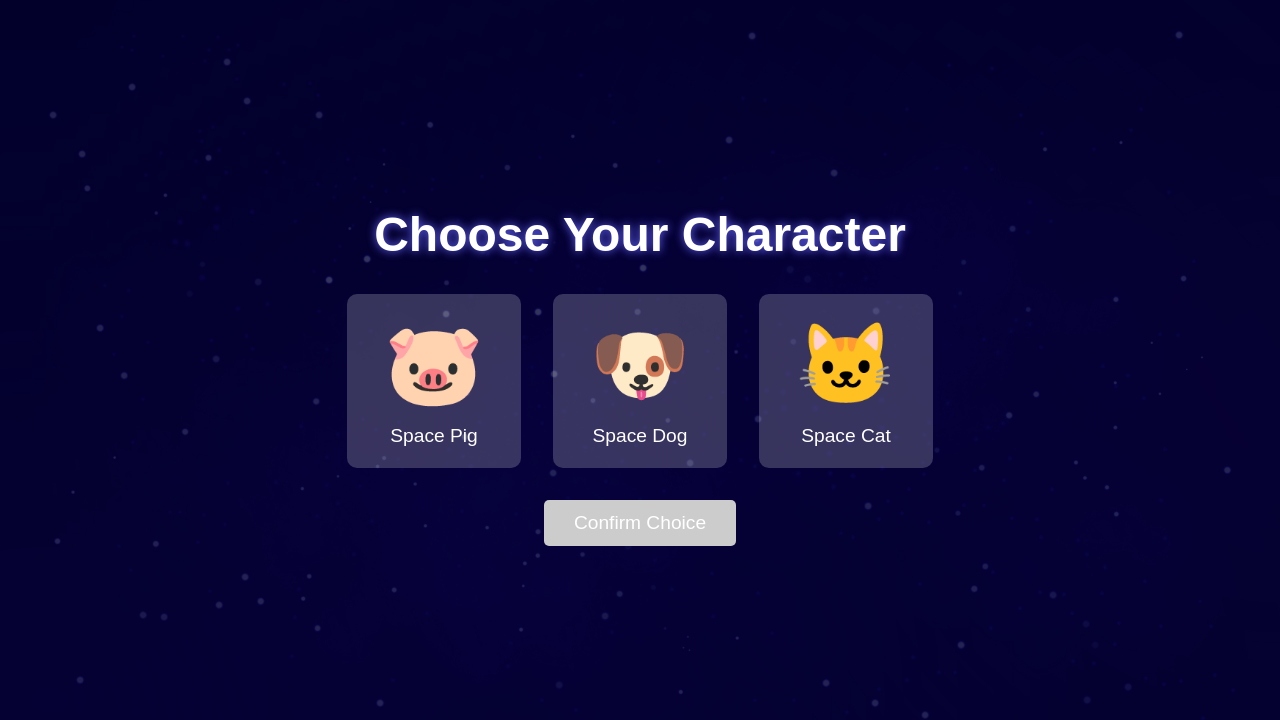
Repository: brunaguarizo/SpaceFarm
Page: index.html
These files come from the project's save history. The page is drawn as it stood at one moment and after the next save; the edit follows.
The browser window is 1280 px wide. The pictures show the whole page.
Some web fonts or font styles are not loaded; a fallback is used.

Above is the page before, as saved 2025-04-24 11:13:53.

### index.html
<!DOCTYPE html>
<html lang="en">
    <head>
        <meta charset="UTF-8" />
        <meta
            name="viewport"
            content="width=device-width, initial-scale=1.0" />
        <title>Space Animals Game</title>
        <link
            rel="stylesheet"
            href="styles.css" />

        <link
            rel="preconnect"
            href="https://fonts.googleapis.com" />
        <link
            rel="preconnect"
            href="https://fonts.gstatic.com"
            crossorigin />
        <link
            href="https://fonts.googleapis.com/css2?family=Ranchers&display=swap"
            rel="stylesheet" />
    </head>
    <body>
        <div id="game-container">
            <!-- Character Selection Screen -->
            <div id="character-select">
                <h1>Choose Your Character</h1>
                <div class="character-options">
                    <div
                        class="character-option"
                        data-character="pig">
                        <div class="character-icon">🐷</div>
                        <div class="character-label">Space Pig</div>
                    </div>
                    <div
                        class="character-option"
                        data-character="dog">
                        <div class="character-icon">🐶</div>
                        <div class="character-label">Space Dog</div>
                    </div>
                    <div
                        class="character-option"
                        data-character="cat">
                        <div class="character-icon">🐱</div>
                        <div class="character-label">Space Cat</div>
                    </div>
                </div>
                <button
                    id="confirm-btn"
                    disabled>
                    Confirm Choice
                </button>
            </div>

            <!-- Game Screen -->
            <div id="game-screen">
                <div id="player"></div>
                <div id="score-container">
                    <div id="score">Score: 0</div>
                    <button id="pause-btn">Pause</button>
                </div>
            </div>

            <!-- Pause Screen -->
            <div id="pause-screen">
                <h2>Game Paused</h2>
                <button id="resume-btn">Resume</button>
            </div>

            <!-- Game Over Screen -->
            <div id="game-over">
                <h2>Game Over</h2>
                <div id="final-score">Score: 0</div>
                <button id="restart-btn">Play Again</button>
            </div>
        </div>

        <script src="script.js"></script>
    </body>
</html>

### styles.css
body {
    margin: 0;
    padding: 0;
    overflow: hidden;
    font-family: var(--font-family);
    background-color: var(--mid-green);
}

#game-container {
    position: relative;
    width: 100vw;
    height: 100vh;
    background-image: url("img/space-bg.jpg");
    background-size: cover;
    overflow: hidden;
}

/* Character Selection Screen */
#character-select {
    position: absolute;
    width: 100%;
    height: 100%;
    display: flex;
    flex-direction: column;
    justify-content: center;
    align-items: center;
    z-index: 10;
    background-color: rgba(0, 0, 51, 0.8);
}

#character-select h1 {
    color: white;
    font-size: 3rem;
    margin-bottom: 2rem;
    text-shadow: 0 0 10px #6666ff;
}

.character-options {
    display: flex;
    gap: 2rem;
    margin-bottom: 2rem;
}

.character-option {
    width: 150px;
    height: 150px;
    background-color: rgba(255, 255, 255, 0.2);
    border-radius: 10px;
    display: flex;
    flex-direction: column;
    align-items: center;
    justify-content: center;
    cursor: pointer;
    transition: transform 0.3s, box-shadow 0.3s;
    padding: 10px;
    border: 2px solid transparent;
}

.character-option:hover {
    transform: scale(1.05);
    box-shadow: 0 0 15px rgba(255, 255, 255, 0.5);
}

.character-option.selected {
    border-color: #ff9900;
    box-shadow: 0 0 20px #ff9900;
}

.character-icon {
    width: 100px;
    height: 100px;
    font-size: 80px;
    display: flex;
    justify-content: center;
    align-items: center;
}

.character-label {
    color: white;
    font-size: 1.2rem;
    margin-top: 10px;
}

#confirm-btn {
    padding: 12px 30px;
    background-color: #4caf50;
    color: white;
    border: none;
    border-radius: 5px;
    font-size: 1.2rem;
    cursor: pointer;
    transition: background-color 0.3s;
}

#confirm-btn:hover {
    background-color: #45a049;
}

#confirm-btn:disabled {
    background-color: #cccccc;
    cursor: not-allowed;
}

/* Game Screen */
#game-screen {
    display: none;
    position: absolute;
    width: 100%;
    height: 100%;
}

#player {
    position: absolute;
    width: 60px;
    height: 60px;
    left: 100px;
    top: 50%;
    transform: translateY(-50%);
    font-size: 50px;
    line-height: 1;
    z-index: 5;
}

.asteroid {
    position: absolute;
    font-size: 30px;
    color: #aaa;
}

#score-container {
    position: absolute;
    top: 20px;
    right: 20px;
    display: flex;
    align-items: center;
    gap: 20px;
    z-index: 5;
}

#score {
    color: white;
    font-size: 24px;
    font-weight: bold;
    background-color: rgba(0, 0, 0, 0.5);
    padding: 10px 20px;
    border-radius: 10px;
}

#pause-btn {
    background-color: rgba(0, 0, 0, 0.5);
    color: white;
    border: none;
    border-radius: 5px;
    font-size: 18px;
    padding: 10px 15px;
    cursor: pointer;
    transition: background-color 0.3s;
}

#pause-btn:hover {
    background-color: rgba(0, 0, 0, 0.7);
}

/* Game Over Screen */
#game-over {
    display: none;
    position: absolute;
    top: 0;
    left: 0;
    width: 100%;
    height: 100%;
    background-color: rgba(0, 0, 0, 0.8);
    z-index: 15;
    flex-direction: column;
    justify-content: center;
    align-items: center;
}

#game-over h2 {
    color: #ff3333;
    font-size: 3.5rem;
    margin-bottom: 1rem;
    text-shadow: 0 0 10px rgba(255, 0, 0, 0.5);
}

#final-score {
    color: white;
    font-size: 2rem;
    margin-bottom: 2rem;
}

#restart-btn {
    padding: 12px 30px;
    background-color: #3366ff;
    color: white;
    border: none;
    border-radius: 5px;
    font-size: 1.2rem;
    cursor: pointer;
    transition: background-color 0.3s;
}

#restart-btn:hover {
    background-color: #2952cc;
}

/* Utility Classes */
.invisible {
    opacity: 0;
}

/* Pause Screen */
#pause-screen {
    display: none;
    position: absolute;
    top: 0;
    left: 0;
    width: 100%;
    height: 100%;
    background-color: rgba(0, 0, 0, 0.7);
    z-index: 12;
    flex-direction: column;
    justify-content: center;
    align-items: center;
    color: white;
}

#pause-screen h2 {
    font-size: 3rem;
    margin-bottom: 2rem;
}

#resume-btn {
    padding: 12px 30px;
    background-color: #4caf50;
    color: white;
    border: none;
    border-radius: 5px;
    font-size: 1.2rem;
    cursor: pointer;
    transition: background-color 0.3s;
}

#resume-btn:hover {
    background-color: #45a049;
}

/* --------------------------- variables  --------------------------- */
:root {
    --font-family: "Ranchers", sans-serif;
    --header: 100px;

    --light-green: #bfff41;
    --mid-green: #a3de1a;
    --dark-green: #46b800;
    --light-pink: #ffc2ec;
    --mid-pink: #f0429c;
    --dark-pink: #910b64;
    --light-purple: #dcccff;
    --mid-purple: #8655ef;
    --dark-purple: #4913bf;
}

### script.js
// Game variables
let selectedCharacter = "";
let score = 0;
let playerElement;
let gameRunning = false;
let isPaused = false;
let playerY;
let asteroids = [];
let gameLoopInterval;
let asteroidInterval;
let gameHeight;
let gameWidth;

// Character emoji mapping
const characterEmojis = {
    pig: "🐷",
    dog: "🐶",
    cat: "🐱",
};

// Asteroid options
const asteroidOptions = ["🌑", "☄️", "🪨", "💫"];

// DOM elements
const characterOptions = document.querySelectorAll(".character-option");
const confirmBtn = document.getElementById("confirm-btn");
const characterSelectScreen = document.getElementById("character-select");
const gameScreen = document.getElementById("game-screen");
const pauseBtn = document.getElementById("pause-btn");
const pauseScreen = document.getElementById("pause-screen");
const resumeBtn = document.getElementById("resume-btn");
const gameOverScreen = document.getElementById("game-over");
const finalScoreDisplay = document.getElementById("final-score");
const restartBtn = document.getElementById("restart-btn");
const scoreDisplay = document.getElementById("score");

// Initialize the game
function init() {
    // Character selection event listeners
    characterOptions.forEach((option) => {
        option.addEventListener("click", () => {
            // Remove selected class from all options
            characterOptions.forEach((opt) => opt.classList.remove("selected"));
            // Add selected class to clicked option
            option.classList.add("selected");
            // Store selected character
            selectedCharacter = option.dataset.character;
            // Enable confirm button
            confirmBtn.disabled = false;
        });
    });

    // Confirm button event listener
    confirmBtn.addEventListener("click", startGame);

    // Pause button event listener
    pauseBtn.addEventListener("click", togglePause);

    // Resume button event listener
    resumeBtn.addEventListener("click", togglePause);

    // Restart button event listener
    restartBtn.addEventListener("click", restartGame);

    // Keyboard event listeners
    document.addEventListener("keydown", handleKeyPress);
}

// Start the game
function startGame() {
    // Hide character selection screen
    characterSelectScreen.style.display = "none";
    // Show game screen
    gameScreen.style.display = "block";

    // Set up player
    playerElement = document.getElementById("player");
    playerElement.innerHTML = characterEmojis[selectedCharacter];

    // Initialize variables
    gameHeight = window.innerHeight;
    gameWidth = window.innerWidth;
    score = 0;
    updateScore();
    playerY = gameHeight / 2;
    gameRunning = true;
    isPaused = false;
    asteroids = [];

    // Position player
    updatePlayerPosition();

    // Start game loop
    gameLoopInterval = setInterval(gameLoop, 16); // ~60fps

    // Start spawning asteroids
    spawnAsteroid(); // Spawn first asteroid immediately
    asteroidInterval = setInterval(spawnAsteroid, 1500); // Then every 1.5 seconds
}

// Game loop
function gameLoop() {
    if (!gameRunning || isPaused) return;

    // Move asteroids
    moveAsteroids();

    // Check collisions
    checkCollisions();
}

// Handle keyboard input
function handleKeyPress(e) {
    if (!gameRunning || isPaused) return;

    const moveDistance = 20;

    if (e.key === "ArrowUp" || e.key === "w") {
        // Move up
        playerY = Math.max(50, playerY - moveDistance);
        updatePlayerPosition();
    } else if (e.key === "ArrowDown" || e.key === "s") {
        // Move down
        playerY = Math.min(gameHeight - 50, playerY + moveDistance);
        updatePlayerPosition();
    }
}

// Update player position on screen
function updatePlayerPosition() {
    playerElement.style.top = `${playerY}px`;
}

// Spawn a new asteroid
function spawnAsteroid() {
    if (!gameRunning || isPaused) return;

    // Create asteroid element
    const asteroid = document.createElement("div");
    asteroid.classList.add("asteroid");

    // Set random asteroid type
    const asteroidType =
        asteroidOptions[Math.floor(Math.random() * asteroidOptions.length)];
    asteroid.innerHTML = asteroidType;

    // Set random position (y-axis)
    const asteroidY = Math.random() * (gameHeight - 100) + 50;

    // Set asteroid properties
    asteroid.style.left = `${gameWidth}px`;
    asteroid.style.top = `${asteroidY}px`;

    // Add to game screen
    gameScreen.appendChild(asteroid);

    // Add to asteroids array
    asteroids.push({
        element: asteroid,
        x: gameWidth,
        y: asteroidY,
        speed: Math.random() * 3 + 5, // Random speed between 5-8
        passed: false,
    });
}

// Move all asteroids
function moveAsteroids() {
    for (let i = asteroids.length - 1; i >= 0; i--) {
        const asteroid = asteroids[i];

        // Move asteroid
        asteroid.x -= asteroid.speed;
        asteroid.element.style.left = `${asteroid.x}px`;

        // Check if asteroid passed the player
        if (!asteroid.passed && asteroid.x < 100) {
            asteroid.passed = true;
            score += 10;
            updateScore();
        }

        // Remove asteroid if it's off-screen
        if (asteroid.x < -50) {
            gameScreen.removeChild(asteroid.element);
            asteroids.splice(i, 1);
        }
    }
}

// Check for collisions
function checkCollisions() {
    const playerRect = {
        x: 100,
        y: playerY - 30,
        width: 60,
        height: 60,
    };

    for (const asteroid of asteroids) {
        const asteroidRect = {
            x: asteroid.x,
            y: asteroid.y - 15,
            width: 30,
            height: 30,
        };

        // Check if player and asteroid rectangles intersect
        if (
            playerRect.x < asteroidRect.x + asteroidRect.width &&
            playerRect.x + playerRect.width > asteroidRect.x &&
            playerRect.y < asteroidRect.y + asteroidRect.height &&
            playerRect.y + playerRect.height > asteroidRect.y
        ) {
            // Collision detected
            gameOver();
            return;
        }
    }
}

// Update score display
function updateScore() {
    scoreDisplay.textContent = `Score: ${score}`;
}

// Toggle pause state
function togglePause() {
    isPaused = !isPaused;

    if (isPaused) {
        pauseScreen.style.display = "flex";
    } else {
        pauseScreen.style.display = "none";
    }
}

// Game over
function gameOver() {
    gameRunning = false;

    // Clear intervals
    clearInterval(gameLoopInterval);
    clearInterval(asteroidInterval);

    // Update final score
    finalScoreDisplay.textContent = `Score: ${score}`;

    // Show game over screen
    gameOverScreen.style.display = "flex";
}

// Restart game
function restartGame() {
    // Clear asteroids
    asteroids.forEach((asteroid) => {
        if (asteroid.element.parentNode) {
            asteroid.element.parentNode.removeChild(asteroid.element);
        }
    });

    // Hide game over screen
    gameOverScreen.style.display = "none";

    // Go back to character selection
    gameScreen.style.display = "none";
    characterSelectScreen.style.display = "flex";

    // Reset character selection
    characterOptions.forEach((opt) => opt.classList.remove("selected"));
    confirmBtn.disabled = true;
    selectedCharacter = "";
}

// Initialize the game when the page loads
window.addEventListener("load", init);

After the next save:
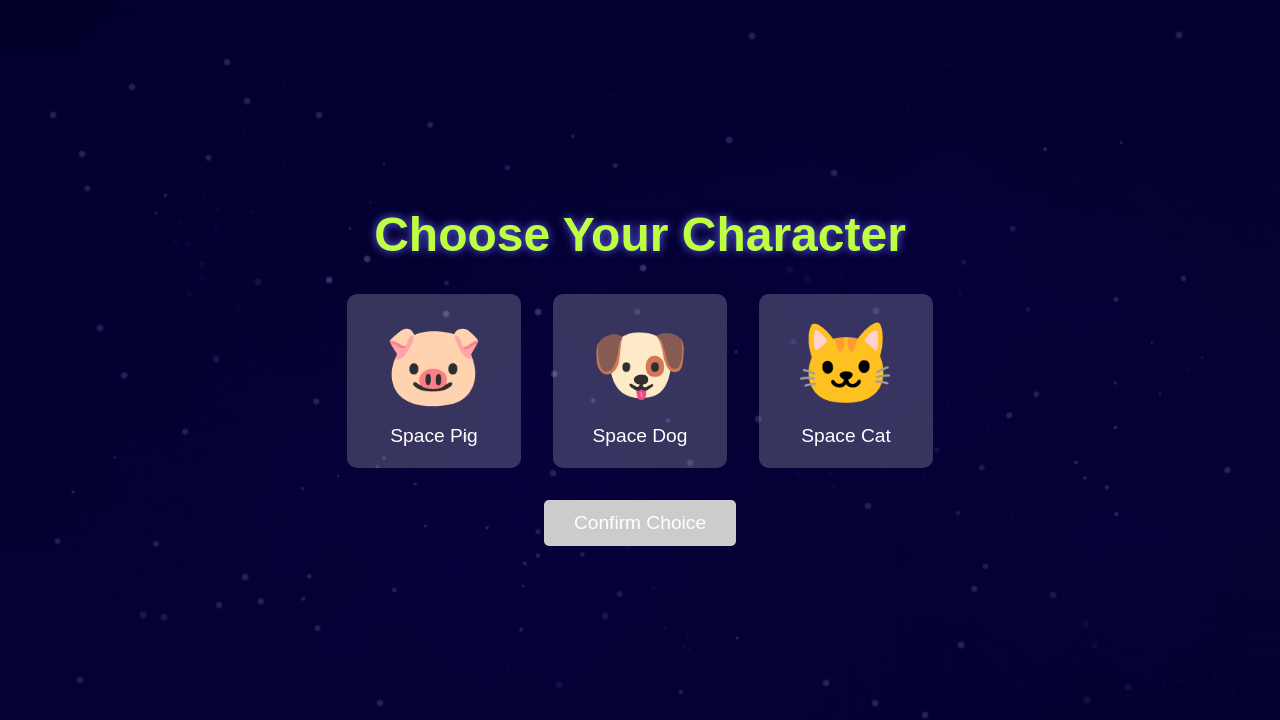
Saved 39 s later.
--- a/styles.css
+++ b/styles.css
@@ -29,7 +29,7 @@ body {
 }
 
 #character-select h1 {
-    color: white;
+    color: var(--light-green);
     font-size: 3rem;
     margin-bottom: 2rem;
     text-shadow: 0 0 10px #6666ff;
